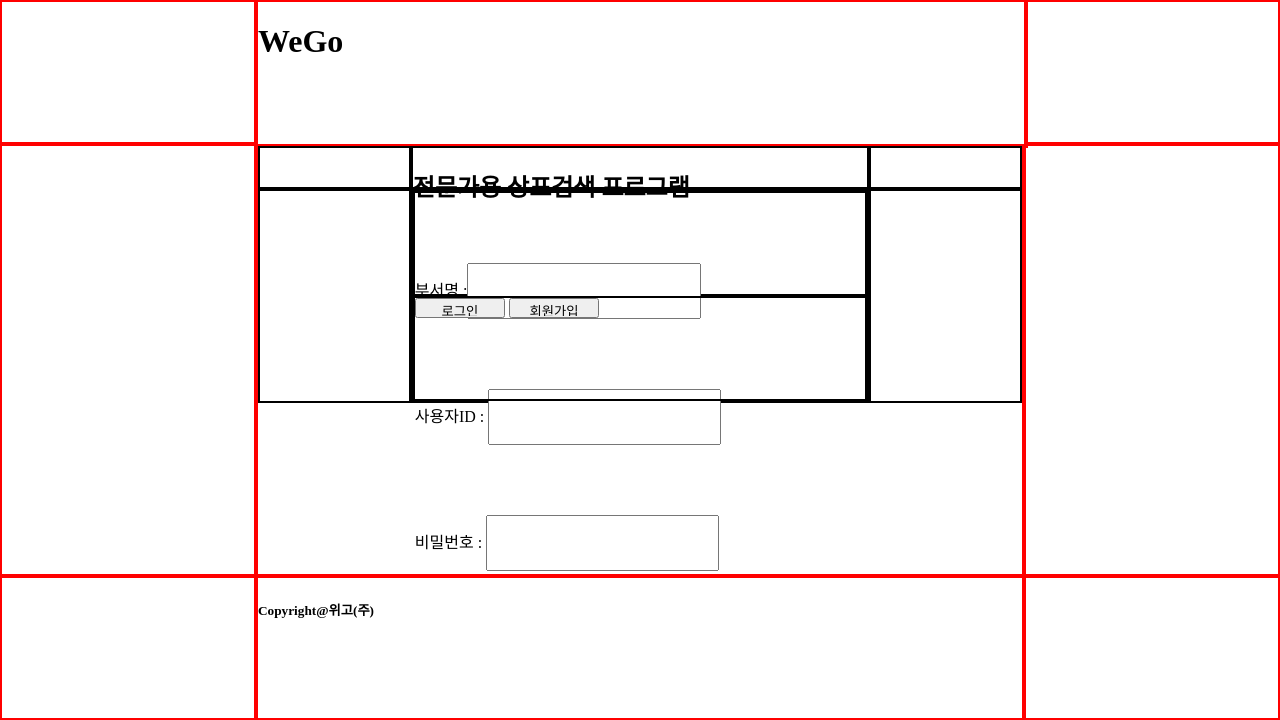
Repository: hamuse/wego1
Page: http://localhost/teamW1/facade.do
The author's editor kept a copy of each file at every save. The page is drawn from the files as they stood at one save, then again after the next save.
The browser window is 1280 px wide. The pictures show the whole page.
Some web libraries are served in a nearby version. The page is served by Tomcat 9.

Above is the page before, as saved 2019-10-07 11:10:59.

After the next save:
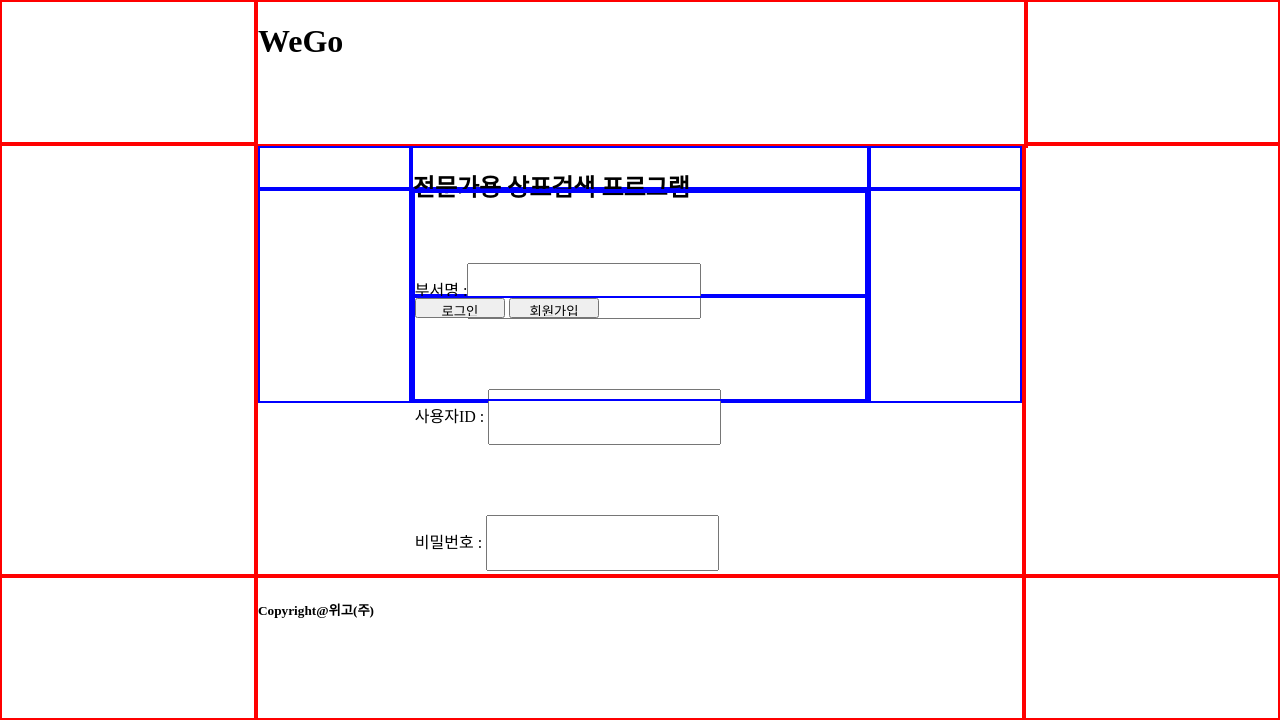
Saved 31 s later.
--- a/teamW1/WebContent/resources/css/style.css
+++ b/teamW1/WebContent/resources/css/style.css
@@ -20,9 +20,10 @@ html, body{
 	height: 100%;
 	grid-template-columns: 20% 60% 20%;
 	grid-template-rows: 10% 50% 10%;
+
 }
 .container div{
-	border : 2px solid black;
+	border : 2px solid blue;
 }
 #login_tab{
 	display: grid;
